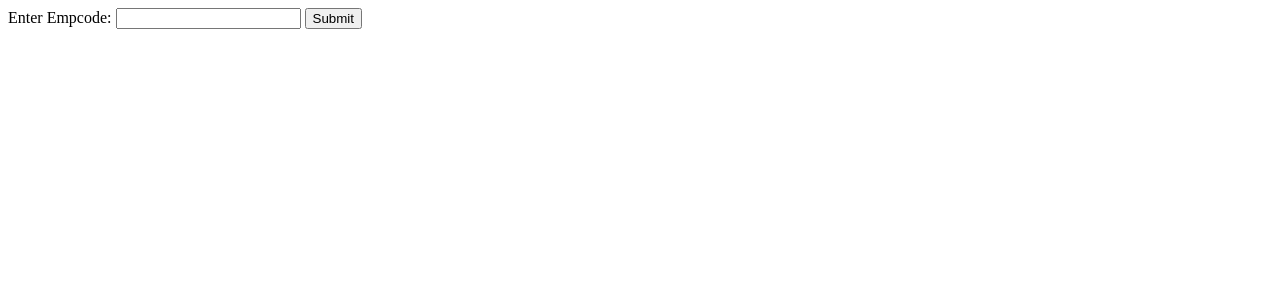
Repository: M-Anusha/Myprojects
Page: http://localhost/day15/AddEmployee.jsp
An editor plug-in stored every save of this project. The page is shown before and after the next save, followed by the edit.
The browser window is 1280 px wide. The pictures show the whole page.
The page is served by Tomcat 9.

Above is the page before, as saved 2015-08-17 08:35:06.

After the next save:
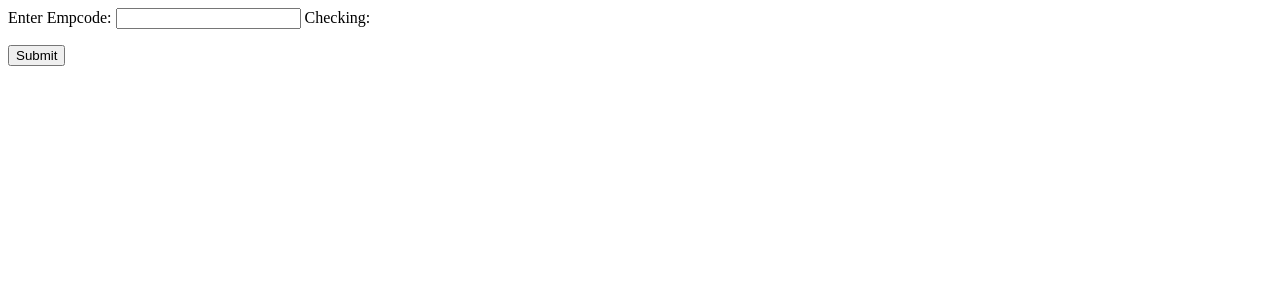
Saved 106 s later.
--- a/day15/WebContent/AddEmployee.jsp
+++ b/day15/WebContent/AddEmployee.jsp
@@ -34,7 +34,8 @@
 </script>
 <body>
 <form action="AddEmployee">
-Enter Empcode: <input type="text" name="Empcode">
+Enter Empcode: <input type="text" name="Empcode" onclick="check(this.value)">
+Checking: <span id="t"></span></p>
 <!-- Enter Empname: <input type="text" name="Empname">
 Enter salary: <input type="text" name="Salary"> -->
 <input type="submit" onclick="check">
